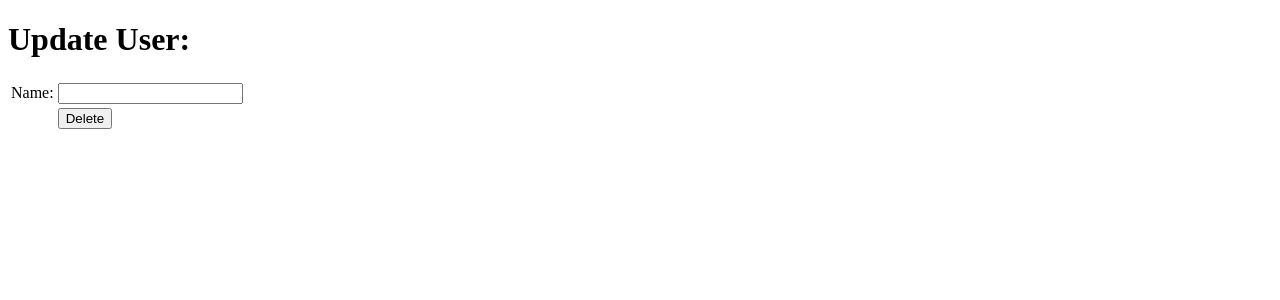
Repository: kirankumarrr/javaServlet
Page: UserApp/WebContent/deleteUser.html
The author's editor kept a copy of each file at every save. The page is drawn from the files as they stood at one save, then again after the next save.
The browser window is 1280 px wide. The pictures show the whole page.

Above is the page before, as saved 2019-06-05 06:04:23.

After the next save:
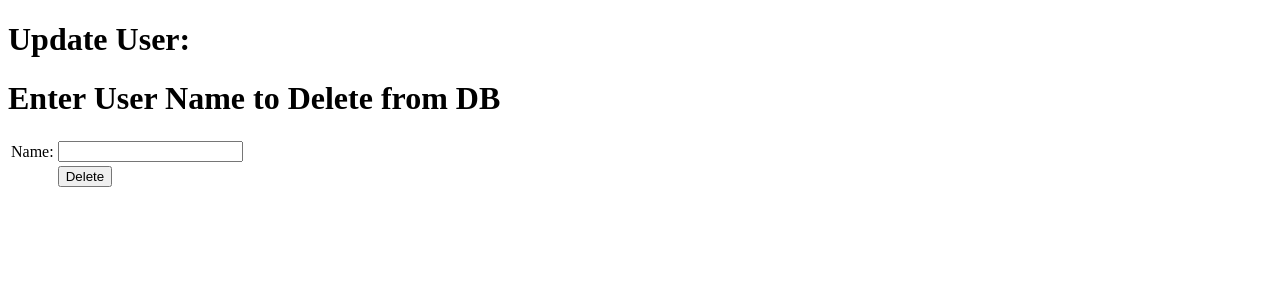
Saved 48 s later.
--- a/UserApp/WebContent/deleteUser.html
+++ b/UserApp/WebContent/deleteUser.html
@@ -7,6 +7,7 @@
 <body>
 	<h1>Update User:</h1>
 	<form method="post" action="deletedServlet">
+	<h1>Enter User Name to Delete from DB </h1>
 		<table>
 			<tr>
 				<td>Name:</td>
